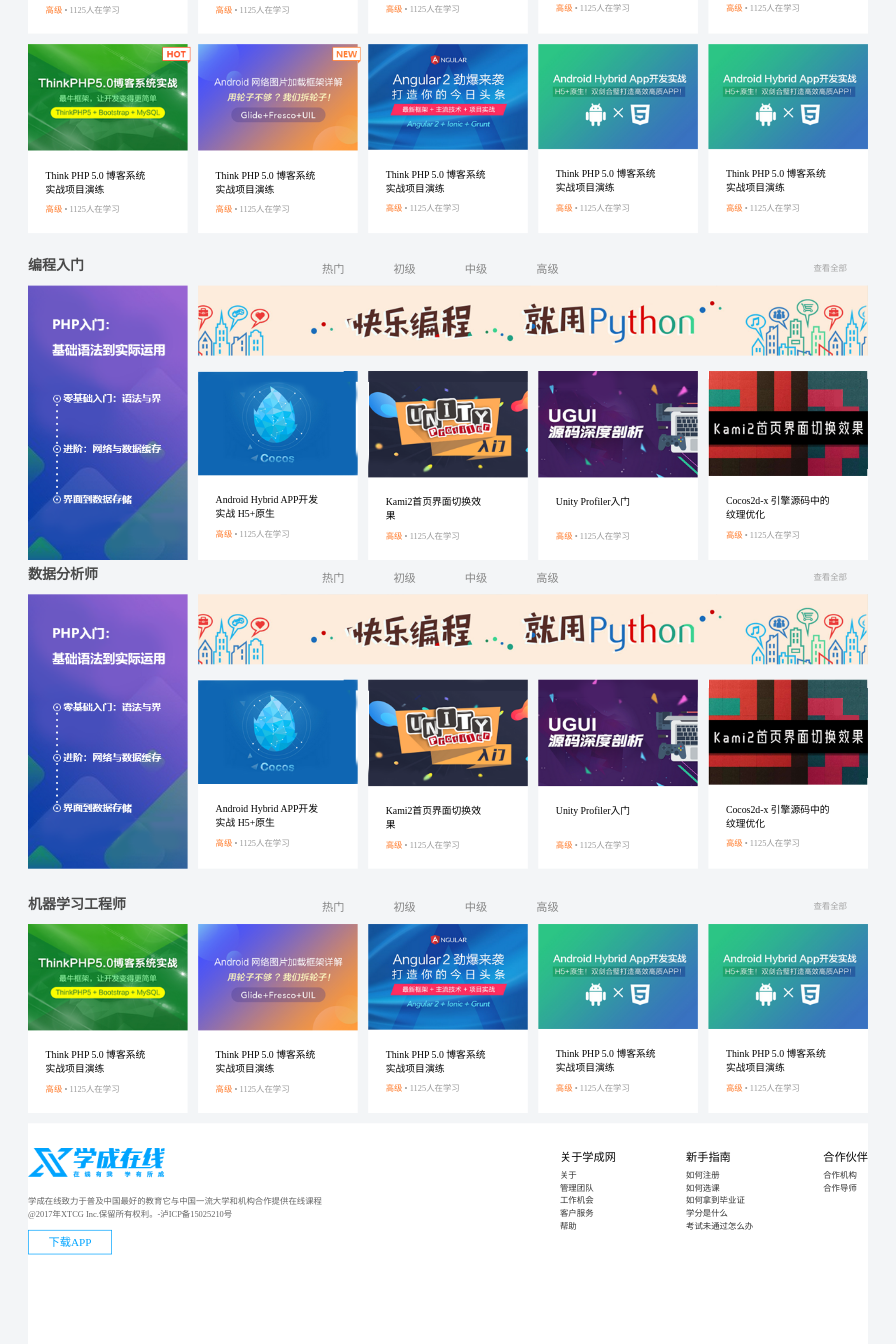
Repository: ywq0312/XueCheng
Page: index.html
These files come from the project's save history. The page is drawn as it stood at one moment and after the next save; the edit follows.
The browser window is 1280 px wide. The pictures show the part of the page from y = 890 to 2810 px (the page is 2810 px tall), at 70% of full size.

Above is the page before, as saved 2021-05-19 15:36:16.

After the next save:
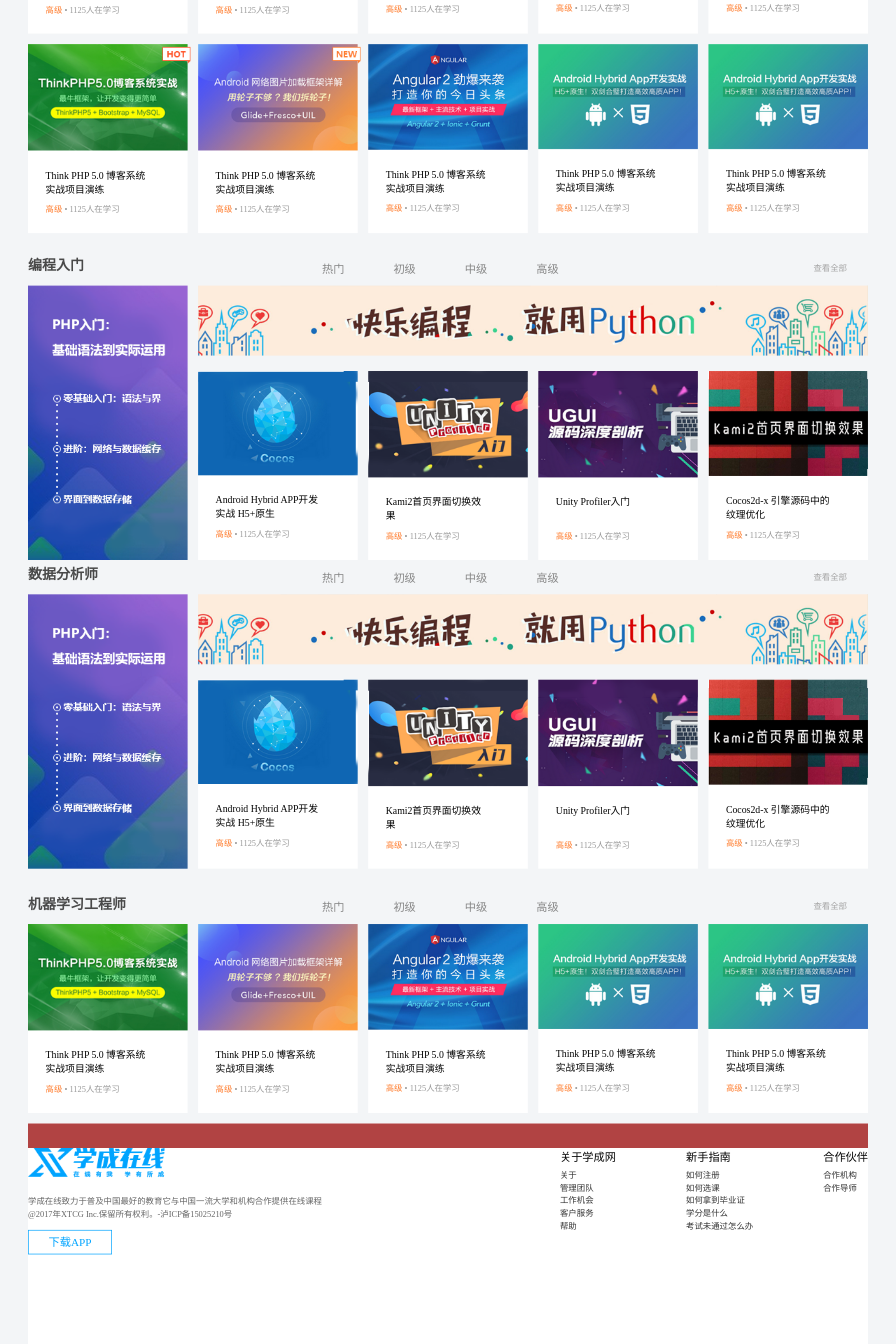
Saved 12 s later.
--- a/css/style.css
+++ b/css/style.css
@@ -295,7 +295,7 @@
 }
 .footer .w{
     padding-top: 35px;
-    background-color: #fff;
+    background-color: rgb(177, 67, 67);
 }
 .copyright {
     float: left;

After the save that followed:
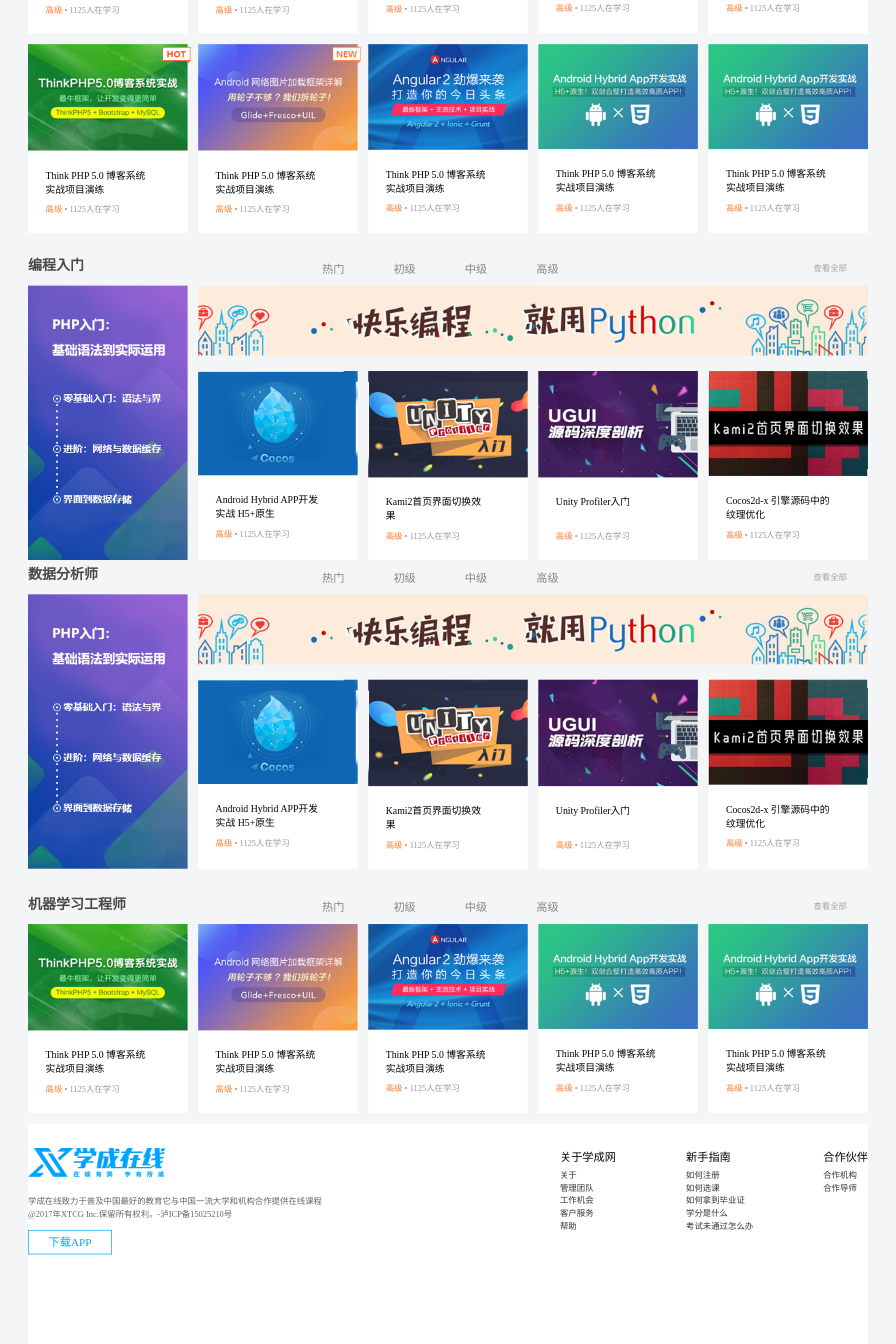
Saved 12 s later.
--- a/css/style.css
+++ b/css/style.css
@@ -295,7 +295,6 @@
 }
 .footer .w{
     padding-top: 35px;
-    background-color: rgb(177, 67, 67);
 }
 .copyright {
     float: left;
